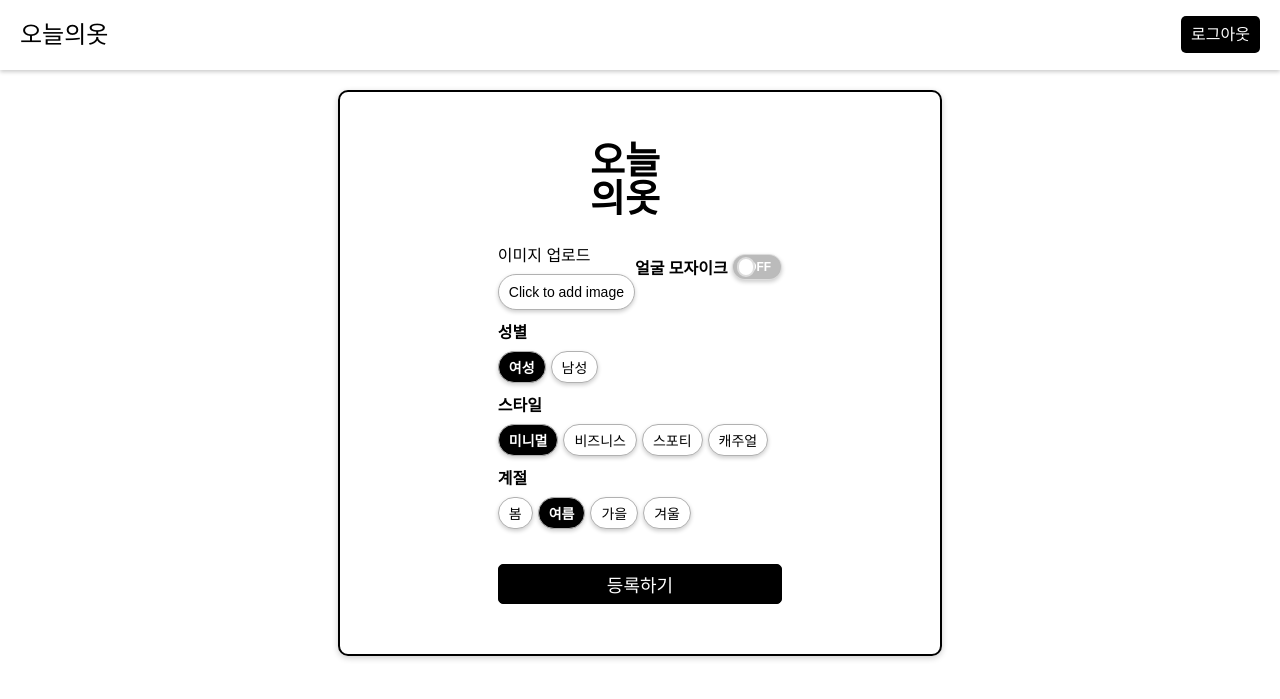
Repository: kkimchaerin/ibeojo
Page: http://localhost/goming/Upload.jsp
The author's editor kept a copy of each file at every save. The page is drawn from the files as they stood at one save, then again after the next save.
The browser window is 1280 px wide. The pictures show the whole page.
Some web fonts or font styles are not loaded; a fallback is used. The page is served by Tomcat 9. Other server files are loaded and not shown.

Above is the page before, as saved 2024-06-24 15:35:55.
Console error: TypeError: Cannot read properties of undefined (reading 'parentElement')

### goming/src/main/webapp/Upload.jsp
<%@ page language="java" contentType="text/html; charset=UTF-8"
	pageEncoding="UTF-8"%>
<!DOCTYPE html>
<html lang="ko">
<head>
<meta charset="UTF-8">
<meta name="viewport" content="width=device-width, initial-scale=1.0">
<title>오늘의집-업로드</title>
<link rel="stylesheet" type="text/css" href="./styles/Reset.css" />
<link rel="stylesheet" type="text/css" href="./styles/Upload.css?ver=1" />
</head>
<body>
	<%@ include file="Header.jsp"%>
	<main>
		<h2 id="logo">오늘의옷</h2>
		<form action="UploadService" method="post"
			enctype="multipart/form-data">
      <!-- 이미지 -->
			<div class="content-wrapper test">
				<label for="photo" class="form-label"> <span>이미지 업로드</span></br>
					<span id="file-name">Click to add image</span>
				</label>
        <input type="file" accept="*.jpg,*.png,*.jpeg,*.webp,*.avif"
          id="photo" name="postImg" style="display: none;" />
        <!-- 얼굴 인식 모자이크 여부  -->
        <div class="face-mosaic-wrapper">
          <label for="face-mosaic-toggle" class="form-label" id="face-masic-label">얼굴 모자이크</label>
          <div class="toggle-switch">
            <input type="checkbox" id="face-mosaic-toggle" name="faceMasaic" />
            <label for="face-mosaic-toggle" class="toggle-label">
              <span class="toggle-inner"></span>
              <span class="toggle-switch"></span>
            </label>
          </div>
        </div>
			</div>
      <!-- 성별 -->
			<div class="content-wrapper">
				<label for="gender-list" class="form-label">성별</label>
				<ul id="gender-list">
					<li>
						<button type="button" class="form-btn checked" onClick="setValue('userGender', 'F', this)">여성</button>
					</li>
					<li>
						<button type="button" class="form-btn" onClick="setValue('userGender', 'M', this)">남성</button>
					</li>
				</ul>
			</div>
      <!-- 스타일 -->
			<div class="content-wrapper">
				<label for="style-list" class="form-label">스타일</label>
				<ul id="style-list">
					<li>
						<button type="button" class="form-btn checked" onClick="setValue('style', '미니멀', this)">미니멀</button>
					</li>
					<li>
						<button type="button" class="form-btn" onClick="setValue('style', '비즈니스', this)">비즈니스</button>
					</li>
					<li>
						<button type="button" class="form-btn" onClick="setValue('style', '스포티', this)">스포티</button></li>
					<li>
						<button type="button" class="form-btn" onClick="setValue('style', '캐주얼', this)">캐주얼</button>
					</li>
				</ul>
			</div>
      <!-- 계절 -->
			<div class="content-wrapper">
				<label for="season-list" class="form-label">계절</label>
				<ul id="season-list">
					<li><button type="button" class="form-btn" onClick="setValue('season', '봄', this)">봄</button></li>
					<li><button type="button" class="form-btn checked" onClick="setValue('season', '여름', this)">여름</button></li>
					<li><button type="button" class="form-btn" onClick="setValue('season', '가을', this)">가을</button></li>
					<li><button type="button" class="form-btn" onClick="setValue('season', '겨울', this)">겨울</button></li>
				</ul>
			</div>



      <!-- hidden -->
			<input type="hidden" id="userGender" name="userGender" value=selectedGender>
			<input type="hidden" id="style" name="style" value=selectedStyle>
			<input type="hidden" id="season" name="season" value= selectedSeason>
			<input type="hidden" id="faceCheck" name="faceCheck" value = faceCheck>

			<button type="submit" id="submit-btn">등록하기</button>
		</form>
	</main>

	<script>

	document.addEventListener('DOMContentLoaded', setValue('userGender', 'F'))
	document.addEventListener('DOMContentLoaded', setValue('style', '미니멀'))
	document.addEventListener('DOMContentLoaded', setValue('season', '여름'))


 	// 이미지 업로드
    document.getElementById('photo').addEventListener('change', function() {
      let fileName = this.files[0] ? this.files[0].name : 'Click to add image';
      document.getElementById('file-name').textContent = fileName;
    });

    function setValue(hiddenInputId, value, button) {
        document.getElementById(hiddenInputId).value = value;

        // 같은 그룹의 모든 버튼에서 checked 클래스 제거
        const group = button.parentElement.parentElement;
        group.querySelectorAll('.form-btn').forEach(btn => btn.classList.remove('checked'));

        // 클릭된 버튼에 checked 클래스 추가
        button.classList.add('checked');

        console.log(hiddenInputId + ": " + value);
    }


    // 얼굴인식 토글 값 추출
    let faceCheck = "OFF";

    document.getElementById('face-mosaic-toggle').addEventListener('click', function() {
        if (this.checked) {
            faceCheck = "ON";
        } else {
        	faceCheck = "OFF";
        }
    });

    document.getElementById('gender-list').addEventListener('click', function() {
    	console.log(userGender);
    	console.log(style);
    	console.log(season);
    });

    document.getElementById('submit-btn').addEventListener('click', function(event) {
        document.getElementById('faceCheck').value = faceCheck;
        document.getElementById('userGender').value = selectedGender;
        document.getElementById('style').value = selectedStyle;
        document.getElementBtId('season').value = selectedSeason;
        console.log(faceCheck);
    });



  </script>

</body>
</html>

### goming/src/main/webapp/Header.jsp
<%@ page language="java" contentType="text/html; charset=UTF-8"
	pageEncoding="UTF-8"%>

<link rel="stylesheet" type="text/css" href="./styles/Header.css?ver=1" />

<header>
  <h1 class="header-logo"><a href="Main.jsp">오늘의옷</a></h1>
  <div class="header-menu">
    <a href="LogoutController" id="logout">로그아웃</a>
  </div>
</header>

### goming/src/main/webapp/styles/Reset.css
/* http://meyerweb.com/eric/tools/css/reset/
   v2.0 | 20110126
   License: none (public domain)
*/

html, body, div, span, applet, object, iframe, h1, h2, h3, h4, h5, h6, p, blockquote, pre, a, abbr, acronym, address, big, cite, code, del, dfn, em, img, ins, kbd, q, s, samp, small, strike, strong, sub, sup, tt, var, b, u, i, center, dl, dt, dd, ol, ul, li, fieldset, form, label, legend, table, caption, tbody, tfoot, thead, tr, th, td, article, aside, canvas, details, embed, figure, figcaption, footer, header, hgroup, menu, nav, output, ruby, section, summary, time, mark, audio, video {
	margin: 0;
	padding: 0;
	border: 0;
	font-size: 100%;
	vertical-align: baseline;
	box-sizing: border-box;
}

/* HTML5 display-role reset for older browsers */
article, aside, details, figcaption, figure, footer, header, hgroup, menu, nav, section {
	display: block;
}
body {
	line-height: 1;
}
ol, ul {
	list-style: none;
}
a {
	color: inherit;
	text-decoration: none;
}
blockquote, q {
	quotes: none;
}
blockquote:before, blockquote:after, q:before, q:after {
	content: '';
	content: none;
}
table {
	border-collapse: collapse;
	border-spacing: 0;
}


/* 추가 */

/* screen reader only */
.sr-only{
  position: absolute;
  width: 1px;
  height: 1px;
  padding: 0;
  margin: -1px;
  overflow: hidden;
  clip: rect(0,0,0,0);
  border: 0;
}

/* font style */
@font-face {
    font-family: 'EF_cucumbersalad';
    src: url('https://fastly.jsdelivr.net/gh/projectnoonnu/noonfonts_2210-EF@1.0/EF_cucumbersalad.woff2') format('woff2');
    font-weight: normal;
    font-style: normal;
}

@import url('https://fonts.googleapis.com/css2?family=Noto+Sans+KR:wght@100..900&display=swap');

@font-face {
    font-family: 'Pretendard-Regular';
    src: url('https://fastly.jsdelivr.net/gh/Project-Noonnu/noonfonts_2107@1.1/Pretendard-Regular.woff') format('woff');
    font-weight: 400;
    font-style: normal;
}

*{
  font-family: 'Noto Sans KR', sans-serif;
  font-optical-sizing: auto;
  font-weight: 400;
  font-style: normal;
}

/* min-width */
body{
	min-width: 900px;
}

### goming/src/main/webapp/styles/Upload.css
@charset "UTF-8";
@import "Reset.css";

#logo{
  width: 100px;
  font-family: "EF_cucumbersalad", cursive;
  font-size: 38px;
  font-weight: bold;
	margin-bottom: 30px;
}

main{
	display: flex;
	flex-direction: column;
	align-items: center;
	margin-left: 50%;
	transform: translateX(-50%);
	margin-top: 7%;
	padding: 50px;
	width: 500px;
	min-width: 150px;
	border: 2px solid black;
	border-radius: 10px;
	box-shadow: 0 2px 6px rgba(0, 0, 0, 0.2);
}

form{
  display: flex;
  flex-direction: column;
  gap: 15px;
}

.form-label{
  font-size: 16px;
  font-weight: bold;
}


#file-name {
  display: inline-block;
  padding: 10px;
  border: 0.5px solid #b1b1b1;
  border-radius: 20px;
  flex-grow: 1;
  font-size: 14px;
  background-color: white;
  box-shadow: 0 2px 4px rgba(0, 0, 0, 0.2);
  margin-top: 10px;
  cursor: pointer;
}

.test{
  display: flex;
  flex-direction: row;
}

#comment{
  margin-top: 10px;
  display: block;
  resize: none;
  width: 100%;
}


/* Toggle switch styles */
.toggle-switch {
  position: relative;
  width: 50px;
  display: inline-block;
  text-align: left;
  top: 6px;
}

.toggle-switch input {
  display: none;
}

.toggle-label {
  display: block;
  overflow: hidden;
  cursor: pointer;
  height: 26px;
  padding: 0;
  line-height: 26px;
  border: 1px solid #ddd;
  border-radius: 24px;
  box-shadow: 0 2px 4px rgba(0, 0, 0, 0.2);
  background-color: #ddd;
  transition: background-color 0.3s ease-in;
}

.toggle-label .toggle-inner {
  display: block;
  width: 200%;
  margin-left: -100%;
  transition: margin 0.3s ease-in;
}

.toggle-label .toggle-inner:before, .toggle-label .toggle-inner:after {
  display: block;
  float: left;
  width: 50%;
  height: 24px;
  padding: 0;
  line-height: 24px;
  font-size: 12px;
  color: white;
  font-weight: bold;
  box-sizing: border-box;
}

.toggle-label .toggle-inner:before {
  content: "ON";
  padding-left: 10px;
  background-color: black;
  color: #fff;
}

.toggle-label .toggle-inner:after {
  content: "OFF";
  padding-right: 10px;
  background-color: #bbb;
  color: #fff;
  text-align: right;
}

.toggle-label .toggle-switch {
  display: block;
  width: 18px;
  margin: 3px;
  background: #fff;
  position: absolute;
  top: 0;
  bottom: 0;
  right: 24px;
  border: 2px solid #ddd;
  border-radius: 24px;
  transition: all 0.3s ease-in 0s;
}

.toggle-switch input:checked + .toggle-label {
  background-color: black;
}

.toggle-switch input:checked + .toggle-label .toggle-inner {
  margin-left: 0;
}

.toggle-switch input:checked + .toggle-label .toggle-switch {
  right: 0;
}

.content-wrapper ul{
  display: flex;
  gap: 5px;
  margin-top: 10px;
}

.form-btn{
  background-color: white;
  color: black;
  padding: 5px 10px;
  border: 0.5px solid #b1b1b1;
  border-radius: 20px;
  font-size: 14px;
  background-color: white;
  box-shadow: 0 2px 4px rgba(0, 0, 0, 0.2);
}

.form-btn:hover{
  background-color: black;
  color: white;
  font-weight: bold;
  cursor: pointer;
}

.form-btn.checked{
  background-color: black;
  color: white;
  font-weight: bold;
}

#submit-btn{
  width: 100%;
  height: 40px;
  background-color: black;
  color: white;
  border: 1px solid black;
  border-radius: 5px;
  font-size: 18px;
  margin-top: 20px;
  cursor: pointer;
}

#cancel-btn{
  cursor: pointer;
  text-align: center;
  line-height: 40px;
  width: 100%;
  height: 40px;
  background-color: white;
  color: black;
  border: 1px solid black;
  border-radius: 5px;
  font-size: 18px;
}

### goming/src/main/webapp/styles/Header.css
@charset "UTF-8";

@import "Reset.css";

/* header */
header {
	display: flex;
	justify-content: space-between;
	align-items: center;
	position: fixed;
	top: 0;
	height: 70px;
	width: 100%;
	min-width: 940px;
	background-color: white;
	box-shadow: 0 2px 4px rgba(0, 0, 0, 0.2);
	padding: 20px;
	z-index: 1000;
	/* margin-bottom: 70px; */
}

.header-logo {
	width: 100px;
	font-family: "EF_cucumbersalad", cursive;
	font-size: 24px;
	font-weight: bold;
}

.header-logo img {
	width: 100%;
}

#logout {
	background-color: black;
	color: white;
	padding: 10px;
	border-radius: 5px;
}

After the next save:
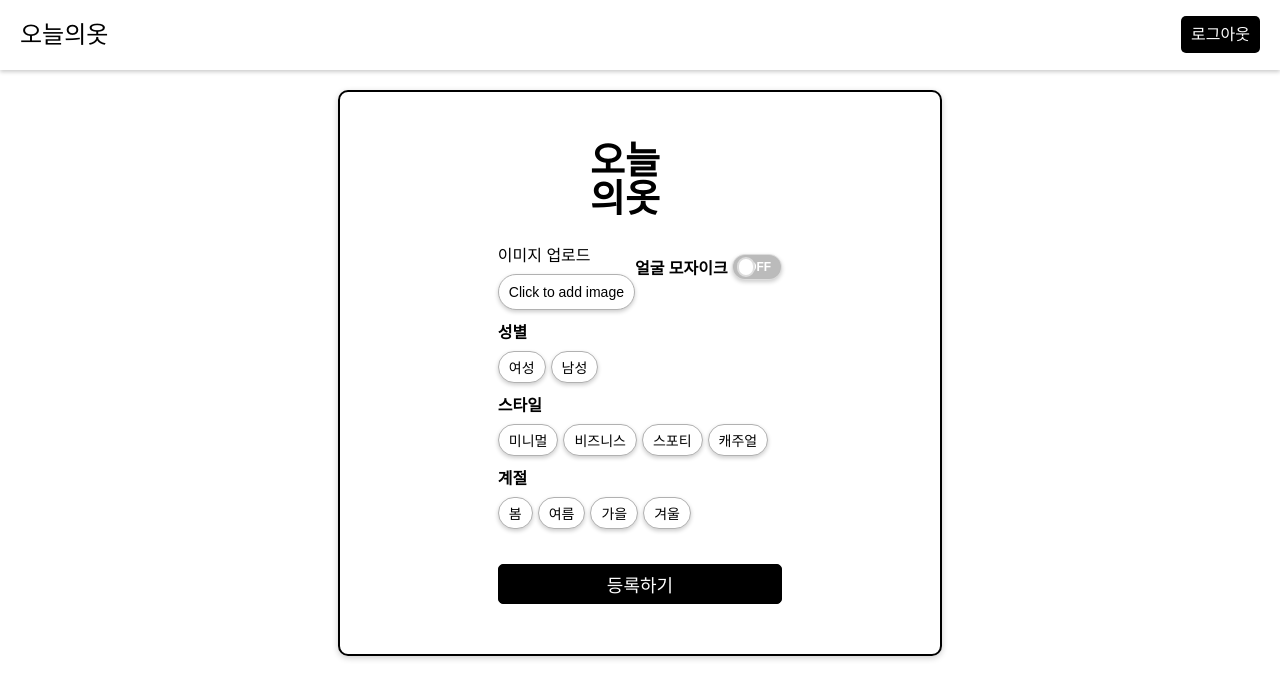
Console error: TypeError: Cannot read properties of null (reading 'classList')
Saved 4 min 21 s later.
--- a/goming/src/main/webapp/Upload.jsp
+++ b/goming/src/main/webapp/Upload.jsp
@@ -87,11 +87,22 @@
 	</main>
 
 	<script>
+	document.addEventListener('DOMContentLoaded', function() {
+ 	    // 초기값 설정
+ 	    document.getElementById('userGender').value = 'F'; // 기본 성별은 여성으로 설정
+ 	    document.getElementById('style').value = '미니멀'; // 기본 스타일은 미니멀로 설정
+ 	    document.getElementById('season').value = '여름'; // 기본 계절은 여름으로 설정
 
-	document.addEventListener('DOMContentLoaded', setValue('userGender', 'F'))
-	document.addEventListener('DOMContentLoaded', setValue('style', '미니멀'))
-	document.addEventListener('DOMContentLoaded', setValue('season', '여름'))
+ 	// UI에도 반영 (버튼에 checked 클래스 추가)
+ 	    document.querySelector('#gender-list .checked').classList.remove('checked');
+ 	    document.querySelector('#style-list .checked').classList.remove('checked');
+ 	    document.querySelector('#season-list .checked').classList.remove('checked');
 
+ 	    // 초기값에 해당하는 버튼에 checked 클래스 추가
+ 	    document.querySelector('#gender-list button[value="F"]').classList.add('checked');
+ 	    document.querySelector('#style-list button[value="미니멀"]').classList.add('checked');
+ 	    document.querySelector('#season-list button[value="여름"]').classList.add('checked');
+ 	});
 
  	// 이미지 업로드
     document.getElementById('photo').addEventListener('change', function() {
